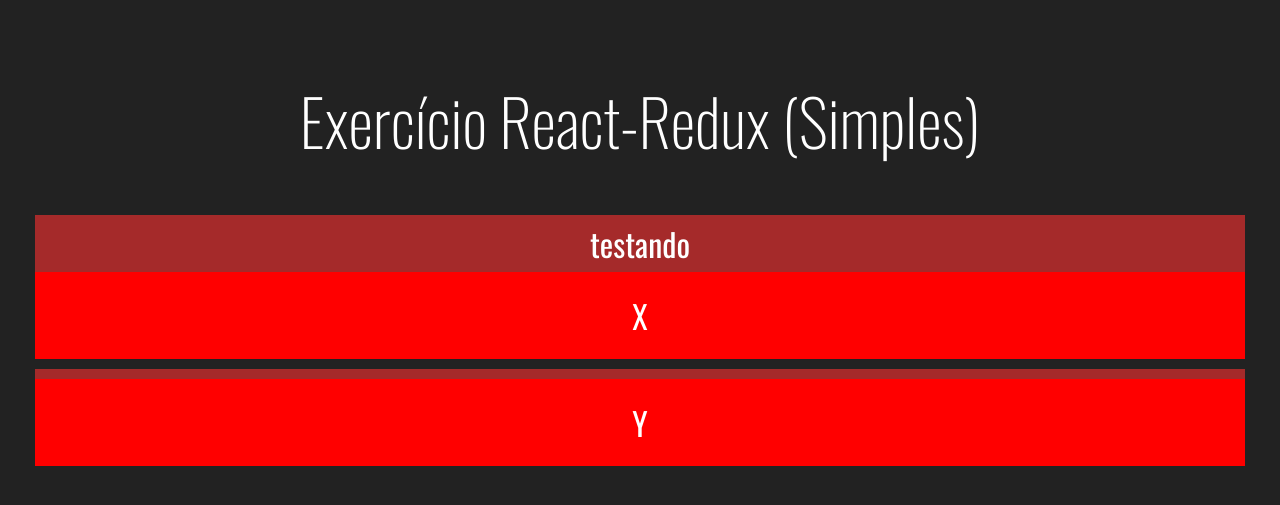
Repository: WellysonP/testando-react-redux
Page: /
These files come from the project's save history. The page is drawn as it stood at one moment and after the next save; the edit follows.
The browser window is 1280 px wide. The pictures show the whole page.
The project was rebuilt for these pictures with package versions that can differ from the ones it lists, and the page was loaded fresh each time.

Above is the page before, as saved 2023-01-12 16:38:26.

### public/index.html
<!DOCTYPE html>
<html lang="en">
  <head>
    <link rel="preconnect" href="https://fonts.googleapis.com">
<link rel="preconnect" href="https://fonts.gstatic.com" crossorigin>
<link href="https://fonts.googleapis.com/css2?family=Oswald:wght@200;300;400;500;600;700&display=swap" rel="stylesheet">
    <meta charset="utf-8" />
    <link rel="icon" href="%PUBLIC_URL%/favicon.ico" />
    <meta name="viewport" content="width=device-width, initial-scale=1" />
    <meta name="theme-color" content="#000000" />
    <meta
      name="description"
      content="Web site created using create-react-app"
    />
    <link rel="apple-touch-icon" href="%PUBLIC_URL%/logo192.png" />
    <!--
      manifest.json provides metadata used when your web app is installed on a
      user's mobile device or desktop. See https://developers.google.com/web/fundamentals/web-app-manifest/
    -->
    <link rel="manifest" href="%PUBLIC_URL%/manifest.json" />
    <!--
      Notice the use of %PUBLIC_URL% in the tags above.
      It will be replaced with the URL of the `public` folder during the build.
      Only files inside the `public` folder can be referenced from the HTML.

      Unlike "/favicon.ico" or "favicon.ico", "%PUBLIC_URL%/favicon.ico" will
      work correctly both with client-side routing and a non-root public URL.
      Learn how to configure a non-root public URL by running `npm run build`.
    -->
    <title>React App</title>
  </head>
  <body>
    <noscript>You need to enable JavaScript to run this app.</noscript>
    <div id="root"></div>
    <!--
      This HTML file is a template.
      If you open it directly in the browser, you will see an empty page.

      You can add webfonts, meta tags, or analytics to this file.
      The build step will place the bundled scripts into the <body> tag.

      To begin the development, run `npm start` or `yarn start`.
      To create a production bundle, use `npm run build` or `yarn build`.
    -->
  </body>
</html>

### src/index.css
body{
  background-color: #222;
  font-size: 2rem;
  font-family: Oswald;
  color: #fff;
  margin: 30px;
}

### src/App.js
import logo from './logo.svg';
import './App.css';
import Card from './components/Card';

function App() {
  return (
    <div className="App">
      <h1>Exercício React-Redux (Simples)</h1>
      <div className='linha'>
      <Card title="testando">
        X
        </Card>
      </div>
      <div className='linha'>
      <Card>
        Y
        </Card>
      </div>
    </div>
  );
}

export default App;

### src/App.css
.App{
  display: flex;
  flex-direction: column;
  text-align: center;
}

h1{
  font-weight: 200;
}

.linha{
  display: flex;
}

### src/components/Card.jsx
import "./Card.css"

export default props => {
    return (
        <div className="Card">
            <div className="Header">
                <span className="Title">{props.title}</span>
            </div>
            <div className="Content">
                {props.children}
            </div>
        </div>
    )
}

### src/components/Card.css
.Card{
    flex: 1;
    display: flex;
    flex-direction: column;
    margin: 5px;
    background-color: red;
}

.Card .Header{
    display: flex;
    flex-direction: row;
    justify-content: center;
}

.Card .Header .Title{
    flex: 1;
    padding: 5px;
    background-color: brown;
}

.Card .Content{
    padding: 20px;
}

.Card.Red .Header{ color: #fff; background-color: #c62828;}
.Card.Red .Content{ color: #fff; background-color: #f44336;}

Loaded but not shown: src/index.js (common file); src/reportWebVitals.js (common file)

After the next save:
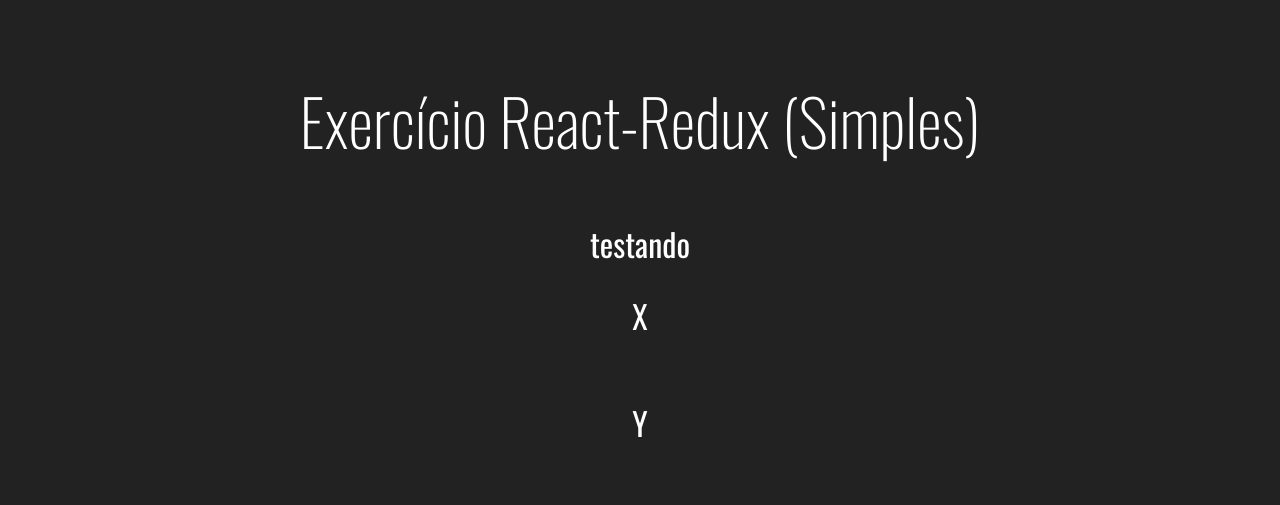
Saved 12 s later.
--- a/src/components/Card.css
+++ b/src/components/Card.css
@@ -3,7 +3,6 @@
     display: flex;
     flex-direction: column;
     margin: 5px;
-    background-color: red;
 }
 
 .Card .Header{
@@ -15,7 +14,6 @@
 .Card .Header .Title{
     flex: 1;
     padding: 5px;
-    background-color: brown;
 }
 
 .Card .Content{
